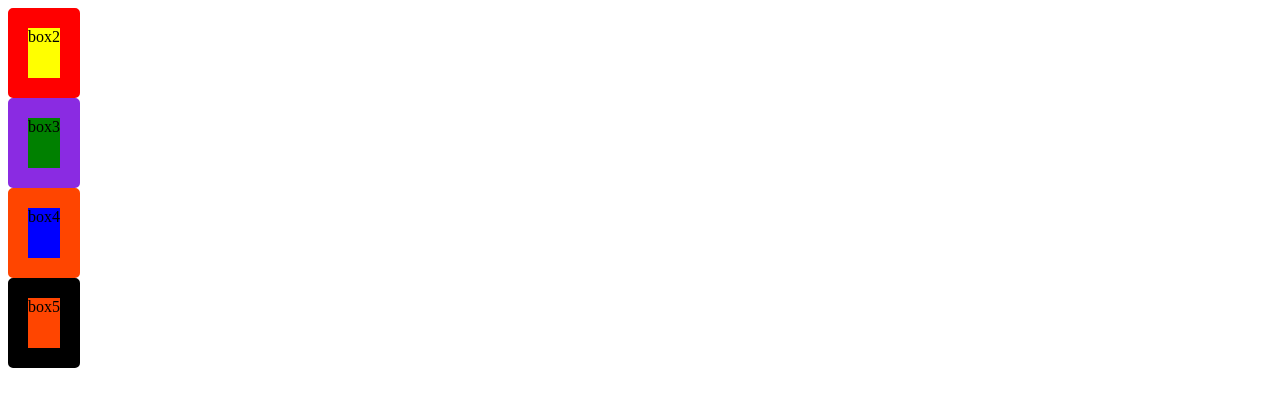
Repository: ABDUSALIMSUBAHIELBASHI/full-html-css-js
Page: Desktop/coding/css/indexday2.html
An editor plug-in stored every save of this project. The page is shown before and after the next save, followed by the edit.
The browser window is 1280 px wide. The pictures show the whole page.

Above is the page before, as saved 2025-09-16 11:11:42.

### Desktop/coding/css/indexday2.html
<!DOCTYPE html>
<html lang="en">
<head>
    <meta charset="UTF-8">
    <link rel="stylesheet" href="/indexday2.css">
    <title>Document</title>
</head>
<body>
<div id="box" class="container">
    <div id="box" class="box2">box2</div>
    <div id="box" class="box3">box3</div>
    <div id="box" class="box4">box4</div>
    <div id="box" class="box5">box5</div>
<div>
</body>
</html>

### Desktop/coding/css/indexday2.css
.container{
    display: flex;
    flex-wrap: wrap;
    /* gap: 20px; */
    height: 80vh;
    justify-content: space-evenly;
    align-items: center;
}
#box{
    width: 50px;
    height: 50px;
}
.box2{
    background-color: yellow;
    width: 50px;
    height: 50px;
    border-radius: 5px;
    border: 20px solid red;
}
.box3{
 background-color:green;
    width: 50px;
    height: 50px;
    border-radius: 5px;
    border: 20px solid blueviolet;
}

.box4{
 background-color: blue;
    width: 50px;
    height: 50px;
    border-radius: 5px;
    border: 20px solid orangered;
}

.box5{
 background-color: orangered;
    width: 50px;
    height: 50px;
    border-radius: 5px;
    border: 20px solid black;
}

After the next save:
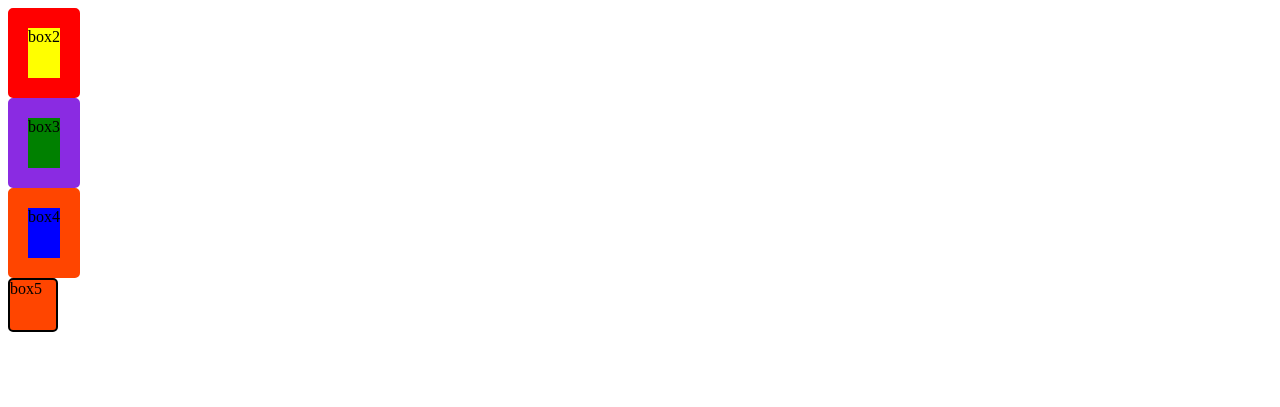
Saved 103 s later.
--- a/Desktop/coding/css/indexday2.css
+++ b/Desktop/coding/css/indexday2.css
@@ -35,8 +35,8 @@
 
 .box5{
  background-color: orangered;
-    width: 50px;
-    height: 50px;
+    width: 100px;
+    height: 100px;
     border-radius: 5px;
-    border: 20px solid black;
+    border: 2px solid black;
 }
